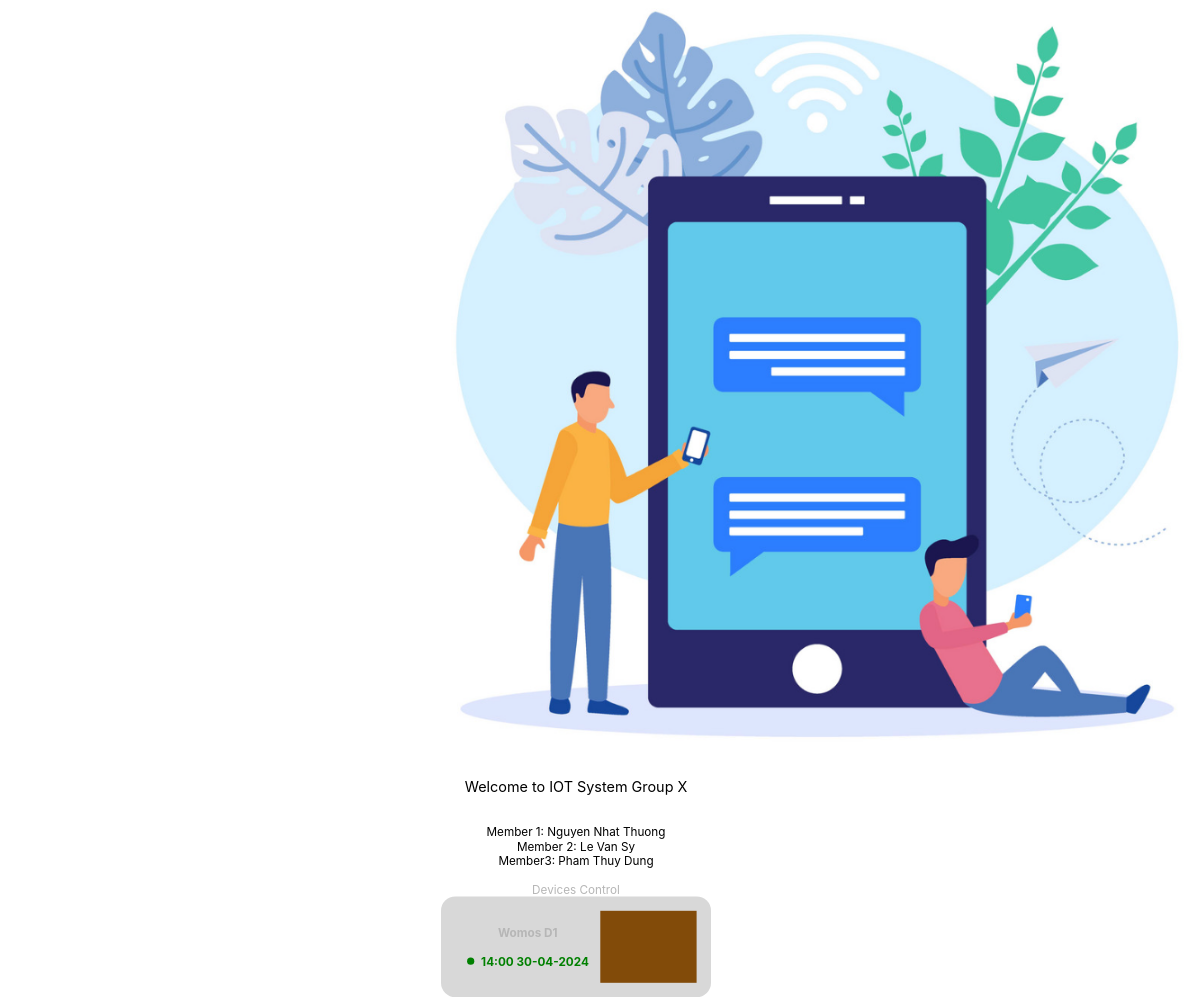
Repository: ngnhthuong/IOT_LAB
Page: /
An editor plug-in stored every save of this project. The page is shown before and after the next save, followed by the edit.
The browser window is 1280 px wide. The page is 1320 px wide, so the pictures cover 1320 px, including what lies to the right of the window. The pictures show the whole page, at 90% of full size.
The project was rebuilt for these pictures with package versions that can differ from the ones it lists, and the page was loaded fresh each time.

Above is the page before, as saved 2024-04-23 15:03:45.

### src/App.js
import "./App.css";
import backgroundIMG from "./assets/img/background.png"
function App() {
  return (
    <div className="main">
      <div className="back-head">
        <img className="img-back"  src={backgroundIMG}></img>
      </div>
      <div className="welcome-name">Welcome to IOT System Group X</div>
      <div className="member-name">
        <div className="member">Member 1: Nguyen Nhat Thuong</div>
        <div className="member">Member 2: Le Van Sy</div>
        <div className="member">Member3: Pham Thuy Dung</div>
      </div>
      <div className="device">Devices Control</div>
      <div className="main_device">
        <div className="device">
          <div className="info">
            <div className="name">Womos D1</div>

            <div className="time-status">
              <div className="status"></div>
              <div className="time">14:00 30-04-2024</div>
            </div>
          </div>
          <div className="device_img"></div>
        </div>
      </div>
    </div>
  );
}

export default App;

### src/App.css
* {
  margin: 0;
  padding: 0;
  box-sizing: border-box;
}

.main{
  width: 100vw;
  height: 100vh;
  display: flex;
  align-items: center;
  flex-direction: column;
}

.welcome-name{
  display: flex;
  justify-content: center;
  padding: 2rem;
  /* width: 500px; */
}

.member-name{
  display: flex;
  flex-direction: column;
  /* width: 250px; */
  font-size: 13px;
  align-items: center;
  padding-bottom: 1rem;
}

.member{
  display: flex;
  left: 0;
}

.device{
  font-size: 13px;
  color: rgb(182, 182, 182);
  left: 0;
  display: flex;
  flex-direction: row;
}

.main_device{
  width: 300px;
  height: auto;
  background-color: rgb(216, 216, 216);
  border-radius: 1rem;
  padding: 1rem;
}

.info{
  display: flex;
  justify-content: center;
  flex-direction: column;
  gap: 1rem;
  width: 60%;
  height: 5rem;
  align-items: center;
}

.name{
  font-weight: bold;
}

.time-status{
  display: flex;
  align-items: center;
  flex-direction: row;
  gap: 0.5rem;
}

.time{
  color: green;
  font-weight: bold;
}

.status{
  width: 0.5rem;
  height: 0.5rem;
  background-color: green;
  border-radius:100px ;
}

.device_img{
  width: 40%;
  height: 46px;
  background-color: rgb(130, 75, 9);
  height: 5rem;
}

.back-head{
  width: 300px;
  height: ;
}

Loaded but not shown: public/index.html (common file); src/index.js (common file); src/index.css (common file)

After the next save:
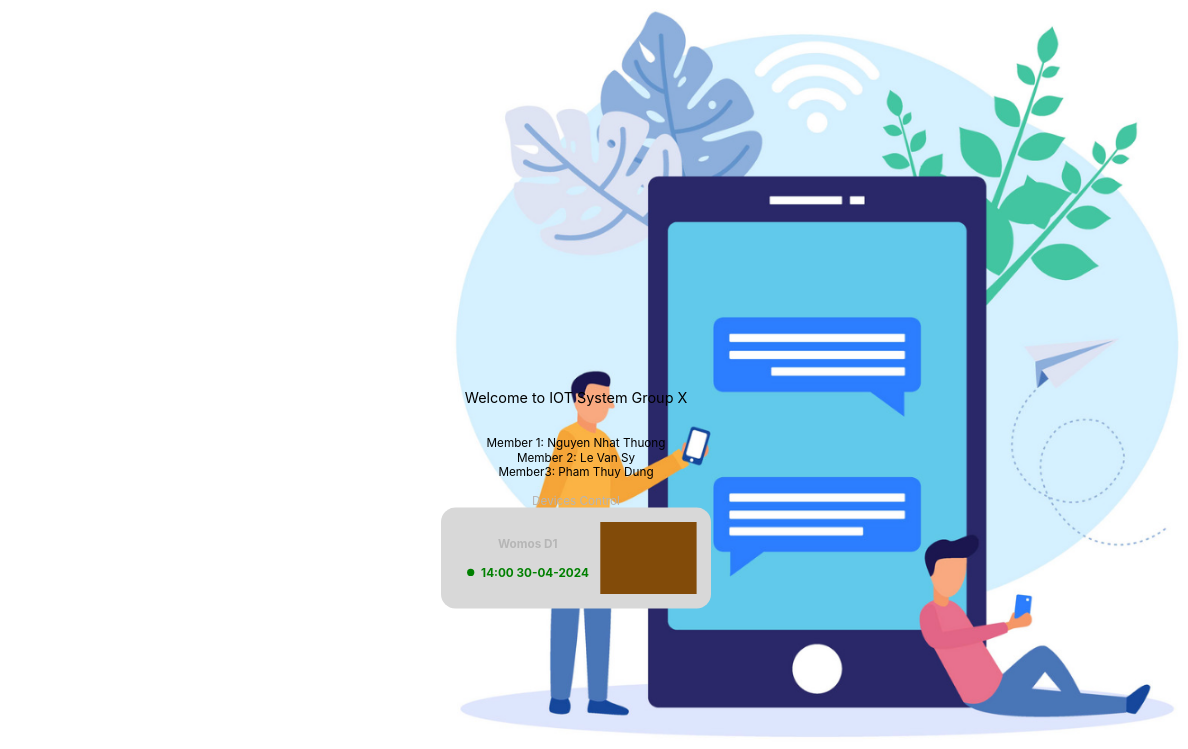
Saved 4 s later.
--- a/src/App.css
+++ b/src/App.css
@@ -91,5 +91,5 @@
 
 .back-head{
   width: 300px;
-  height: ;
+  height: 400px;
 }
